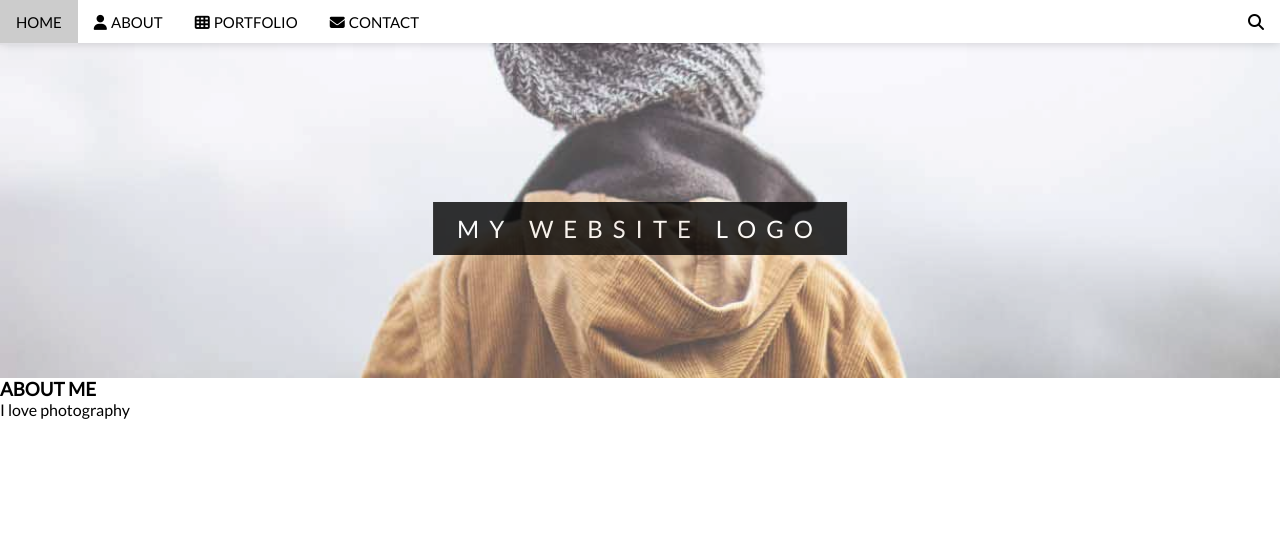
Repository: xd25vn/project-error
Page: index.html
These files come from the project's save history. The page is drawn as it stood at one moment and after the next save; the edit follows.
The browser window is 1280 px wide. The pictures show the whole page.

Above is the page before, as saved 2023-09-02 15:44:45.

After the next save:
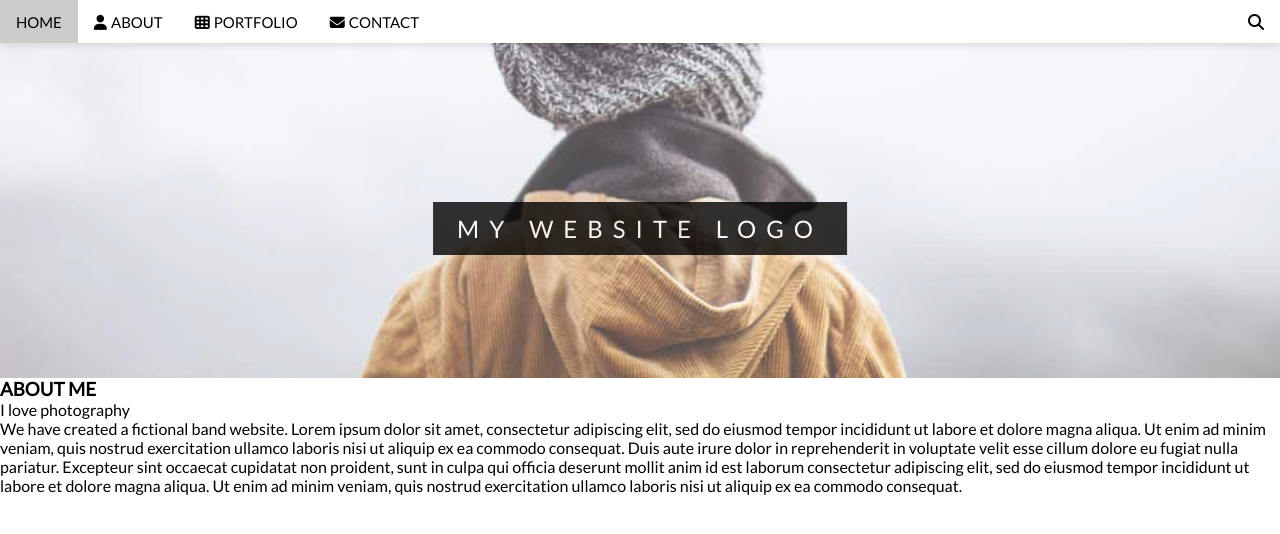
Saved 30 s later.
--- a/index.html
+++ b/index.html
@@ -36,6 +36,7 @@
         <div id="about">
             <h3 class="heading-section">ABOUT ME</h3>
             <p class="sub-heading-section">I love photography</p>
+            <p class="about-section">We have created a fictional band website. Lorem ipsum dolor sit amet, consectetur adipiscing elit, sed do eiusmod tempor incididunt ut labore et dolore magna aliqua. Ut enim ad minim veniam, quis nostrud exercitation ullamco laboris nisi ut aliquip ex ea commodo consequat. Duis aute irure dolor in reprehenderit in voluptate velit esse cillum dolore eu fugiat nulla pariatur. Excepteur sint occaecat cupidatat non proident, sunt in culpa qui officia deserunt mollit anim id est laborum consectetur adipiscing elit, sed do eiusmod tempor incididunt ut labore et dolore magna aliqua. Ut enim ad minim veniam, quis nostrud exercitation ullamco laboris nisi ut aliquip ex ea commodo consequat.</p>
         </div>
 
         <div class="portfolio">
